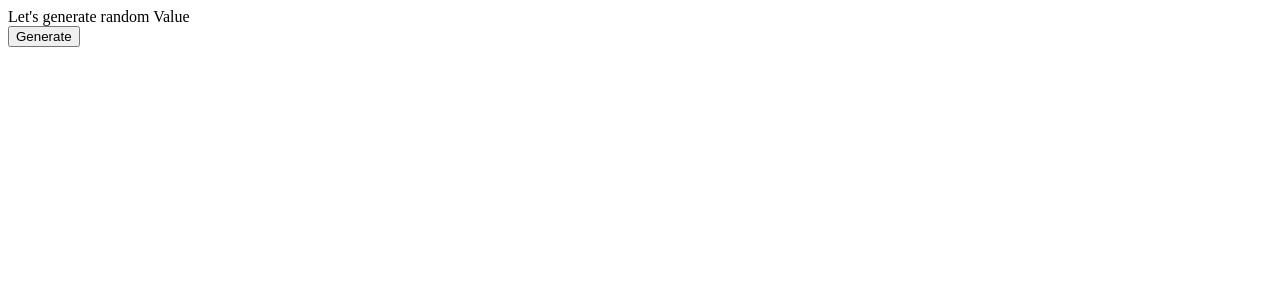
Repository: Choi-yongho72/bitcamp_jsp
Page: test/WebContent/test03.html
An editor plug-in stored every save of this project. The page is shown before and after the next save, followed by the edit.
The browser window is 1280 px wide. The pictures show the whole page.

Above is the page before, as saved 2020-01-30 00:19:24.

### test/WebContent/test03.html
<!DOCTYPE html>
<html>
<head>
<meta charset="UTF-8">
<title>Insert title here</title>
</head>
<body>

<script type="text/javascript">
function innerTestTest(target) {
	target.innerText = '<strong>click</strong>';
}
</script>

<div id="rand-val">Let's generate random Value</div>
<button type="button" onclick="innerHTMLTest()">Generate</button>





</body>
</html>

After the next save:
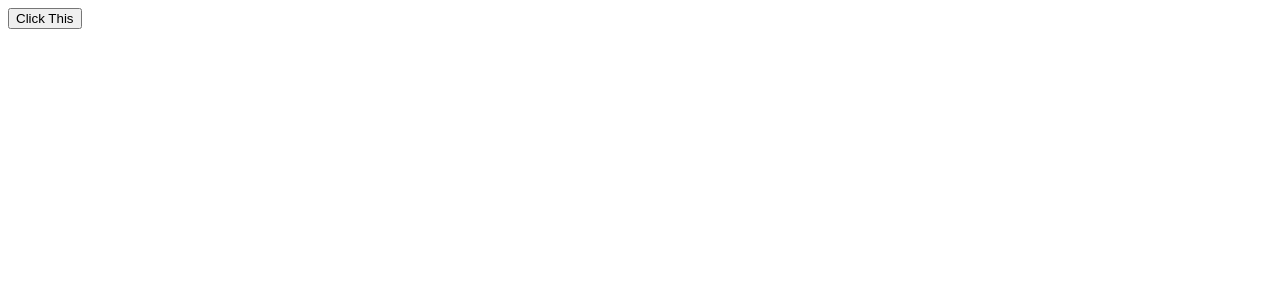
Saved 26 s later.
--- a/test/WebContent/test03.html
+++ b/test/WebContent/test03.html
@@ -12,8 +12,7 @@ function innerTestTest(target) {
 }
 </script>
 
-<div id="rand-val">Let's generate random Value</div>
-<button type="button" onclick="innerHTMLTest()">Generate</button>
+<button onclick="innerTextTest(this)">Click This</button>
 
 
 
